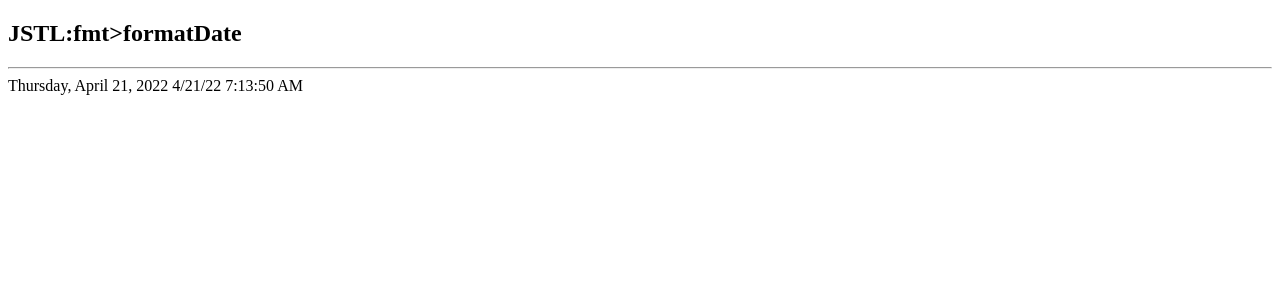
Repository: kimjoohye/study_WEB
Page: http://localhost/studyhtml5/jsp/j07/j03_fmt_dateFormat.jsp
These files come from the project's save history. The page is drawn as it stood at one moment and after a run of saves; the edit follows.
The browser window is 1280 px wide. The pictures show the whole page.
The page is served by Tomcat 9. Other server files are loaded and not shown.

Above is the page before, as saved 2022-05-24 02:22:44.

### workspace/studyhtml5/WebContent/jsp/j07/j03_fmt_dateFormat.jsp
<%@page import="java.util.Date"%>
<%@ page language="java" contentType="text/html; charset=UTF-8"
    pageEncoding="UTF-8"%>
<%@ taglib prefix="c" uri="http://java.sun.com/jsp/jstl/core" %>
<%@ taglib prefix="fmt" uri="http://java.sun.com/jsp/jstl/fmt" %>
<c:set var="now" value="<%=new Date() %>"/>
<!DOCTYPE html>
<html>
<head>
<meta charset="UTF-8">
<title>Insert title here</title>
</head>
<body>
	<h2>JSTL:fmt>formatDate</h2>
	<hr/>
	<fmt:formatDate value="${now }" type="date" dateStyle="full" />
	<fmt:formatDate value="${now }" type="date" dateStyle="short" />
	<fmt:formatDate value="${now }" type="time"/>


</body>
</html>

After the next 3 saves:
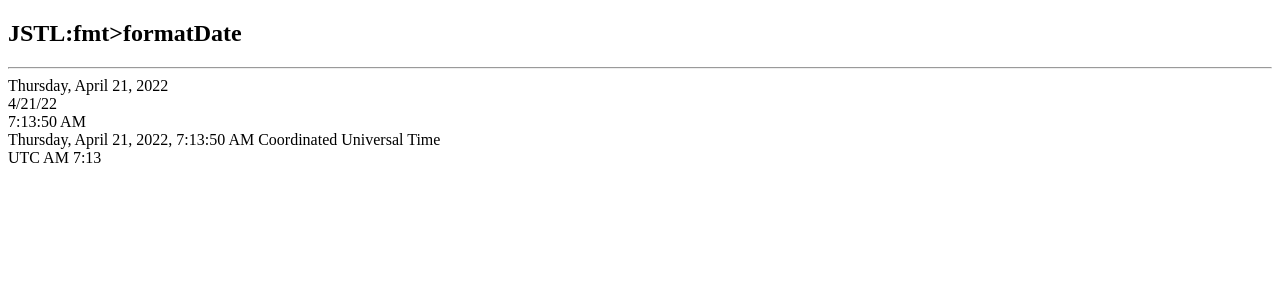
The 3 saves are shown as one change because 1 did not build or start and some came seconds apart.
The last was saved 95 s later.
--- a/workspace/studyhtml5/WebContent/jsp/j07/j03_fmt_dateFormat.jsp
+++ b/workspace/studyhtml5/WebContent/jsp/j07/j03_fmt_dateFormat.jsp
@@ -13,9 +13,11 @@
 <body>
 	<h2>JSTL:fmt>formatDate</h2>
 	<hr/>
-	<fmt:formatDate value="${now }" type="date" dateStyle="full" />
-	<fmt:formatDate value="${now }" type="date" dateStyle="short" />
-	<fmt:formatDate value="${now }" type="time"/>
+	<fmt:formatDate value="${now }" type="date" dateStyle="full" /><br/>
+	<fmt:formatDate value="${now }" type="date" dateStyle="short" /><br/>
+	<fmt:formatDate value="${now }" type="time"/><br/>
+	<fmt:formatDate value="${now}" type="both" dateStyle="full" timeStyle="full" /> <br/>
+	<fmt:formatDate value="${now}" pattern="z a h:mm" />
 
 
 </body>
